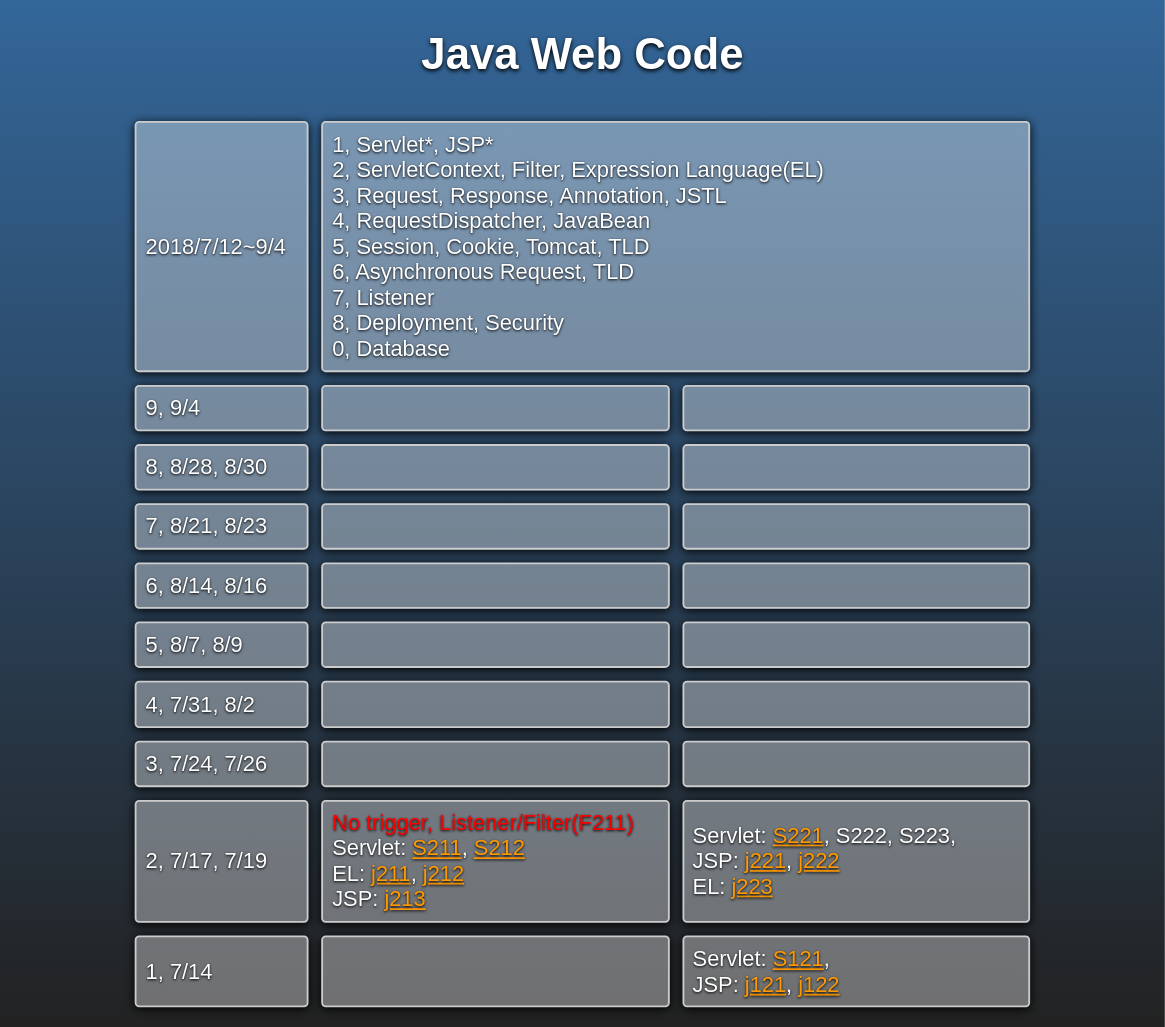
Repository: anxhuang/Java_Web
Page: http://localhost/code/
These files come from the project's save history. The page is drawn as it stood at one moment and after the next save; the edit follows.
The browser window is 1280 px wide. The pictures show the whole page, at 91% of full size.
The page is served by Tomcat 9.

Above is the page before, as saved 2018-07-24 10:00:59.

After the next save:
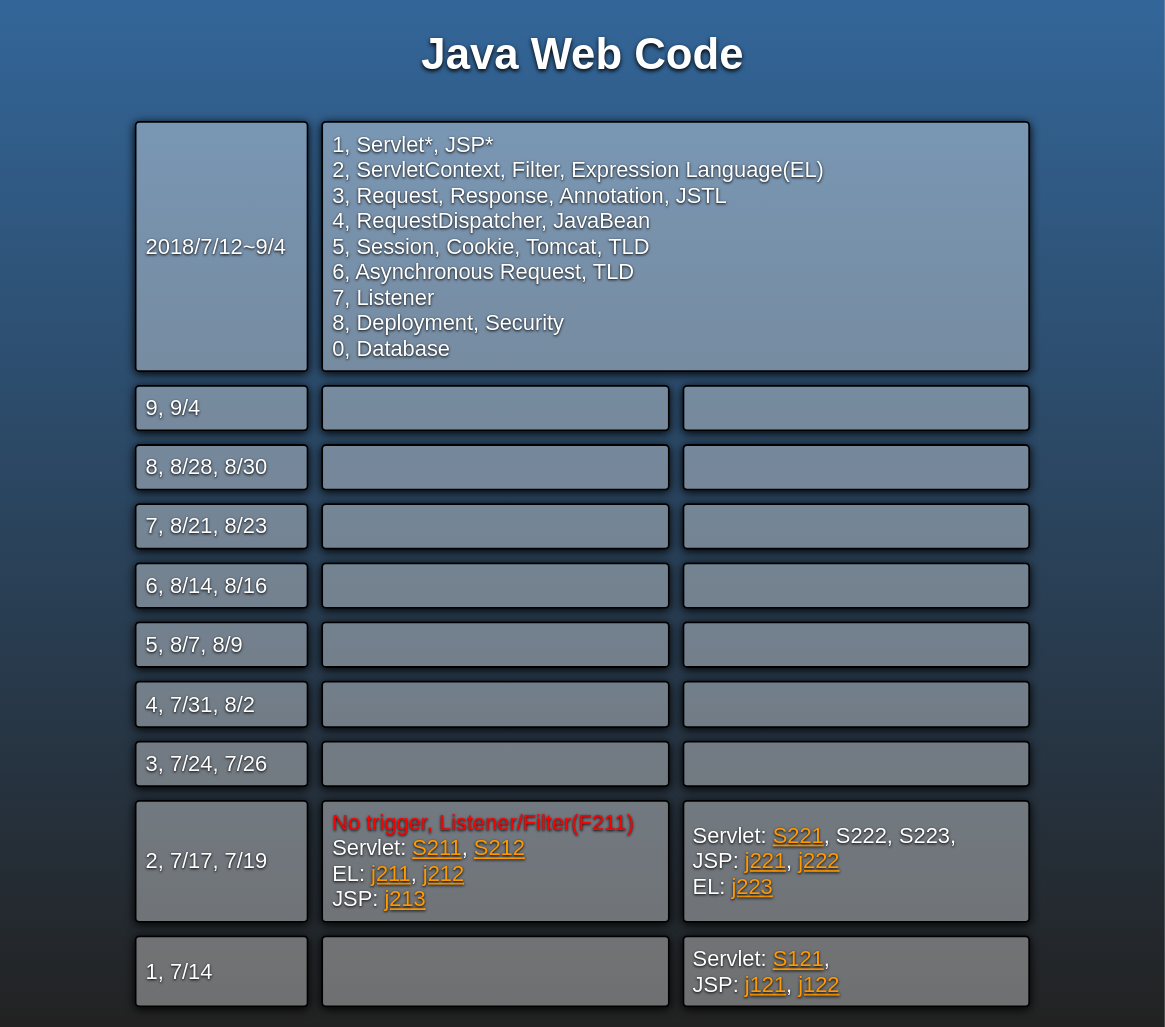
Saved 14 s later.
--- a/code/WebContent/index.html
+++ b/code/WebContent/index.html
@@ -25,7 +25,7 @@
 		color: #FFF;
 		text-shadow: 0px 1px 3px #000;
 		padding: 0.1in;
-		border: 2px solid #CCC;
+		border: 2px solid #000;
 		background: rgba(255,255,255,0.35);
 		box-shadow: 0px 2px 10px #000;
 		border-radius: 5px;
